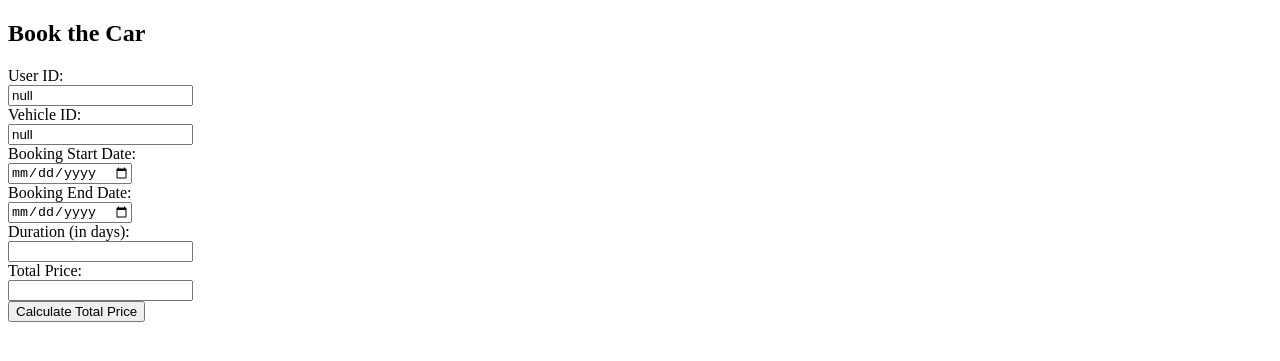
Repository: VimashaVishvani/VehicleRental
Page: http://localhost/Vehicle_rentalDb/userBookCar.jsp
An editor plug-in stored every save of this project. The page is shown before and after the next save, followed by the edit.
The browser window is 1280 px wide. The pictures show the whole page.
The page is served by Tomcat 9. Other server files are loaded and not shown.

Above is the page before, as saved 2024-05-10 20:38:42.

### Vehicle_rentalDb/src/main/webapp/userBookCar.jsp
<%@ page language="java" contentType="text/html; charset=ISO-8859-1" pageEncoding="ISO-8859-1"%>

<%
String userId = request.getParameter("id");
String vehicleId = request.getParameter("vid");
String vehiclePricePerDay = request.getParameter("price");
%>

<!DOCTYPE html>
<html>
<head>
    <meta charset="ISO-8859-1">
    <title>Book the Car</title>
    <style>
        /* Styles for the popup */
        .popup {
            display: none;
            position: fixed;
            top: 50%;
            left: 50%;
            transform: translate(-50%, -50%);
            background-color: #f9f9f9;
            padding: 20px;
            border: 1px solid #ccc;
            border-radius: 5px;
            z-index: 9999;
        }
    </style>
</head>
<body>

<h2>Book the Car</h2>

<form id="bookingForm" action="bookingServlet" method="post">
    <label for="userId">User ID:</label><br>
    <input type="text" id="userId" name="userId" value="<%= userId %>" readonly><br>
    <input type="hidden" name="task" value="booktheCar">

    <label for="vehicleId">Vehicle ID:</label><br>
    <input type="text" id="vehicleId" name="vehicleId" value="<%= vehicleId %>" readonly><br>

    <label for="bookingDate">Booking Start Date:</label><br>
    <input type="date" id="startDate" name="startDate" required><br>

    <label for="endDate">Booking End Date:</label><br>
    <input type="date" id="endDate" name="endDate" required><br>

    <label for="duration">Duration (in days):</label><br>
    <input type="number" id="duration" name="duration" min="1" readonly><br>

    <label for="totalPrice">Total Price:</label><br>
    <input type="text" id="totalPrice" name="totalPrice" readonly><br>

    <!-- Change type to button to prevent form submission -->
    <button type="button" id="calculatePriceButton">Calculate Total Price</button>
</form>

<!-- Popup div to display the price -->
<div id="pricePopup" class="popup">
    <p id="priceMessage"></p>
    <button type="button" id="payButton">Pay</button>
</div>

<script>
// Function to calculate the duration and total price
function calculatePrice() {
    var startDate = new Date(document.getElementById("startDate").value);
    var endDate = new Date(document.getElementById("endDate").value);

    // Calculate the duration in days
    var duration = Math.floor((endDate - startDate) / (1000 * 60 * 60 * 24));
    document.getElementById("duration").value = duration;

    // Calculate the total price
    var pricePerDay = <%= vehiclePricePerDay %>;
    var totalPrice = duration * pricePerDay;
    document.getElementById("totalPrice").value = totalPrice.toFixed(2);
}

document.getElementById("startDate").addEventListener("change", calculatePrice);
document.getElementById("endDate").addEventListener("change", calculatePrice);

document.getElementById("calculatePriceButton").addEventListener("click", function() {
    calculatePrice();

    // Display the popup div
    document.getElementById("pricePopup").style.display = "block";
});

document.getElementById("payButton").addEventListener("click", function() {
    // Submit the form when the pay button is clicked
    document.getElementById("bookingForm").submit();
});
</script>

</body>
</html>

After the next save:
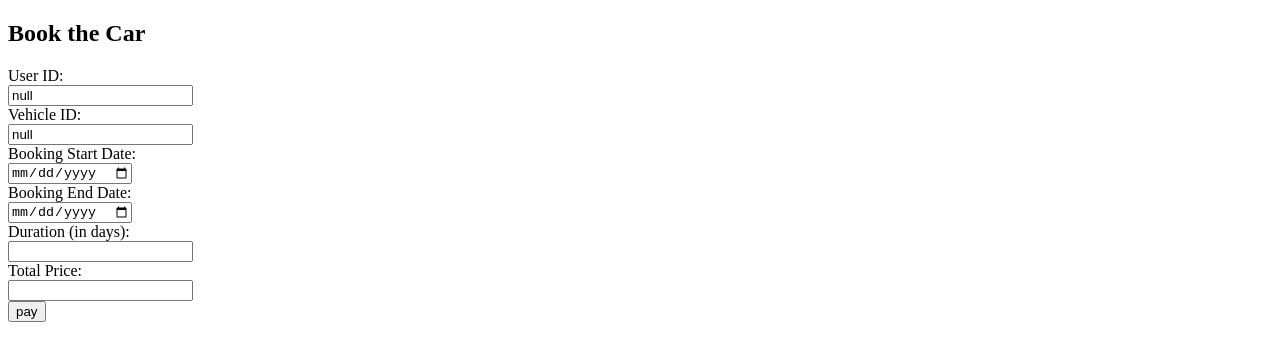
Saved 2 min 10 s later.
--- a/Vehicle_rentalDb/src/main/webapp/userBookCar.jsp
+++ b/Vehicle_rentalDb/src/main/webapp/userBookCar.jsp
@@ -52,13 +52,13 @@ String vehiclePricePerDay = request.getParameter("price");
     <input type="text" id="totalPrice" name="totalPrice" readonly><br>
 
     <!-- Change type to button to prevent form submission -->
-    <button type="button" id="calculatePriceButton">Calculate Total Price</button>
+    <button type="button" id="calculatePriceButton">pay</button>
 </form>
 
 <!-- Popup div to display the price -->
 <div id="pricePopup" class="popup">
     <p id="priceMessage"></p>
-    <button type="button" id="payButton">Pay</button>
+    <button type="button" id="payButton">book the vehicle</button>
 </div>
 
 <script>
